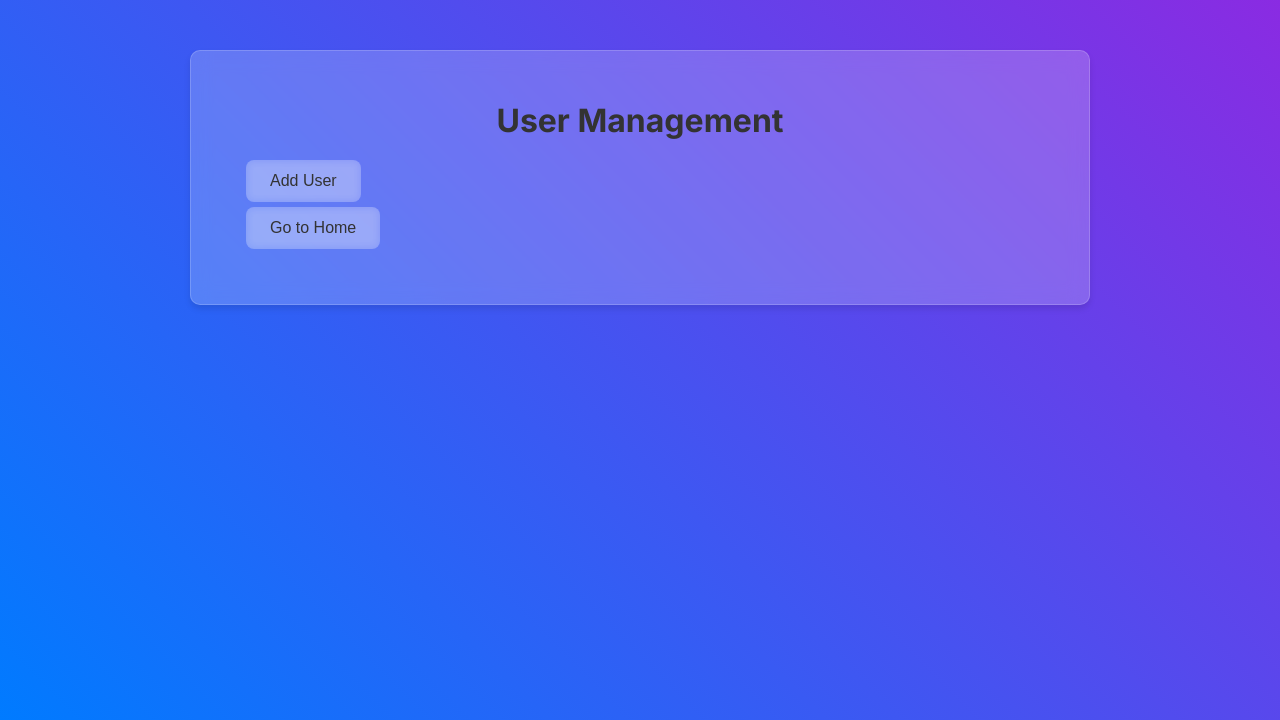
Repository: EeeeeEyyyy/crud-proj
Page: /
An editor plug-in stored every save of this project. The page is shown before and after the next save, followed by the edit.
The browser window is 1280 px wide. The pictures show the whole page.
The page's requests for data from a server got no answer. The project was rebuilt for these pictures with package versions that can differ from the ones it lists, and the page was loaded fresh each time. The framework's server and built-in components were replaced by stand-ins that run in the browser. No one was signed in, and anything a server would have sent is missing. Also part of the build but not shown: next.config.mjs.

Above is the page before, as saved 2024-06-24 15:46:36.

After the next save:
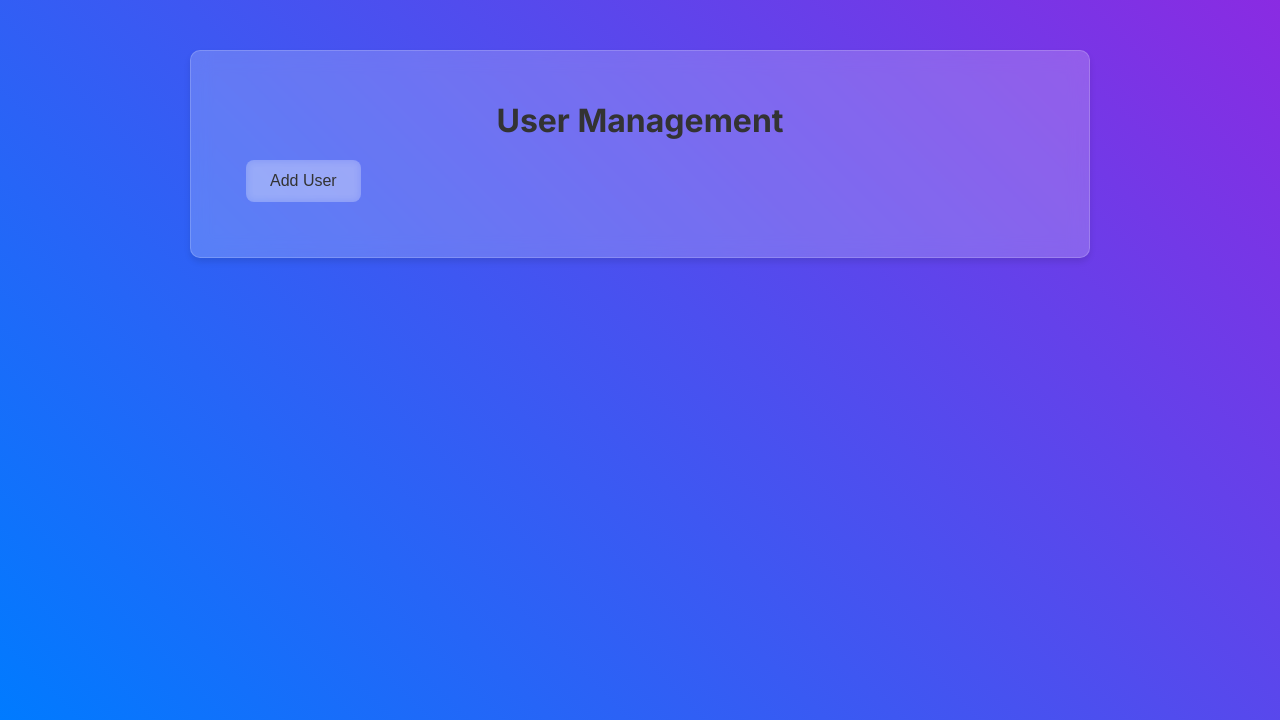
Saved 8 min 37 s later.
--- a/src/app/page.js
+++ b/src/app/page.js
@@ -94,7 +94,6 @@ const Page = () => {
     <div className="container">
       <h1>User Management</h1>
       <button onClick={openCreateModal} className="glassButton">Add User</button>
-      <button onClick={handleGoToHome} className="glassButton">Go to Home</button>
       <ul>
         {users.map((user) => (
           <li key={user.id}>
